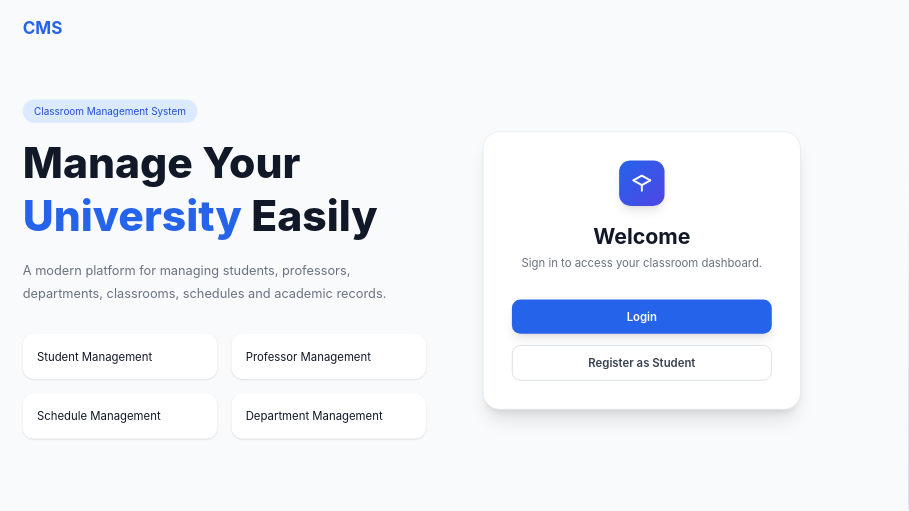
Repository: Chocovcandy/Classroom_Management_System
Page: http://localhost/Login_page
These files come from the project's save history. The page is drawn as it stood at one moment and after the next save; the edit follows.
The browser window is 1280 px wide. The pictures show the whole page, at 71% of full size.
Some web libraries are served in a nearby version. The page is served by the project's Laravel application, run on PHP 8.4 with Laravel 12.

Above is the page before, as saved 2026-07-22 11:20:41.

After the next save:
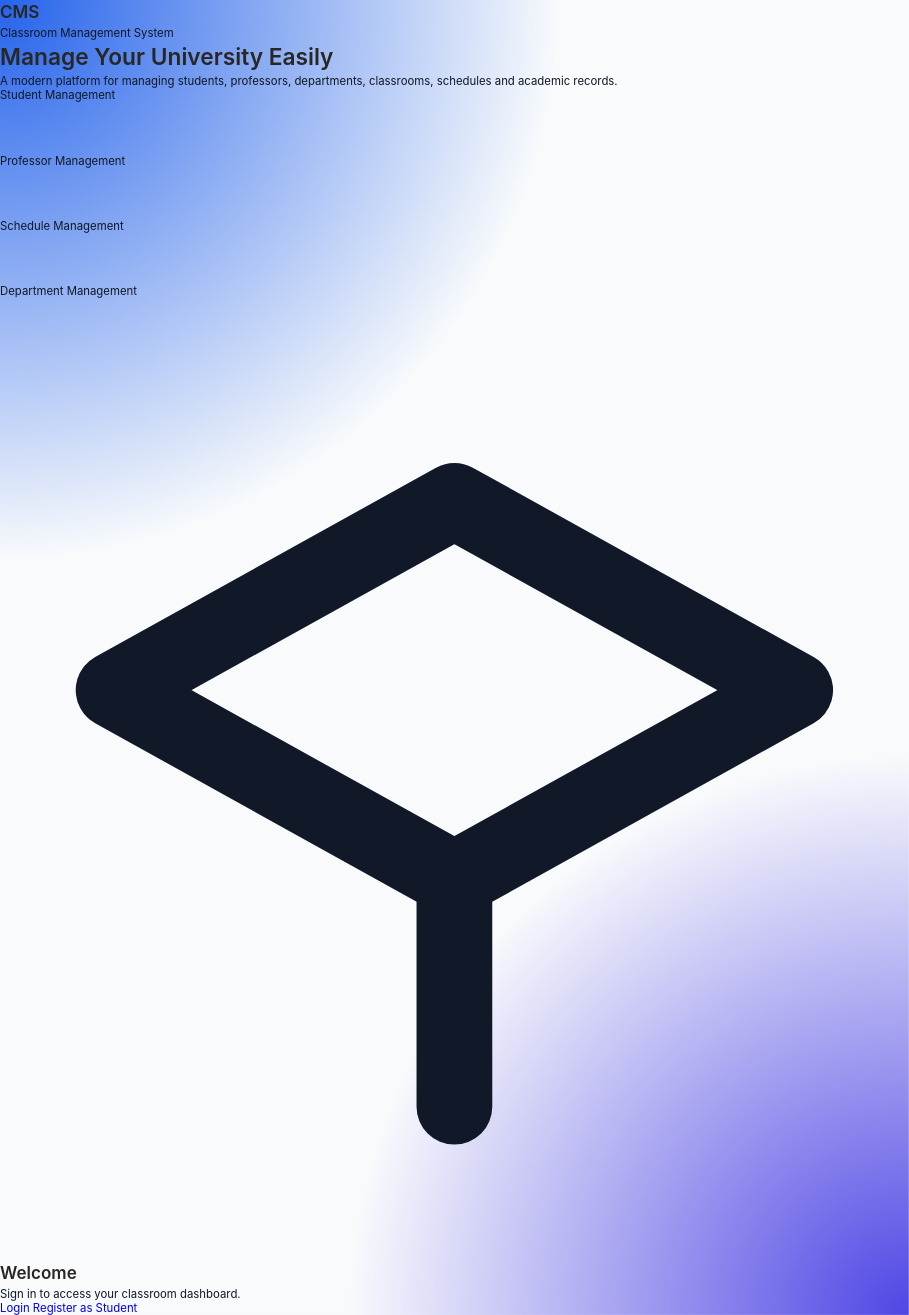
Saved 5 s later.
--- a/resources/views/Login_page.blade.php
+++ b/resources/views/Login_page.blade.php
@@ -8,9 +8,6 @@
     <link rel="stylesheet" href="/assets/css/style.css">
 
     <title>Classroom Management System</title>
-
-    <!-- Tailwind CDN (quick setup) -->
-    <script src="https://cdn.tailwindcss.com"></script>
 </head>
 <body>
             <div class="min-h-screen bg-slate-50">
